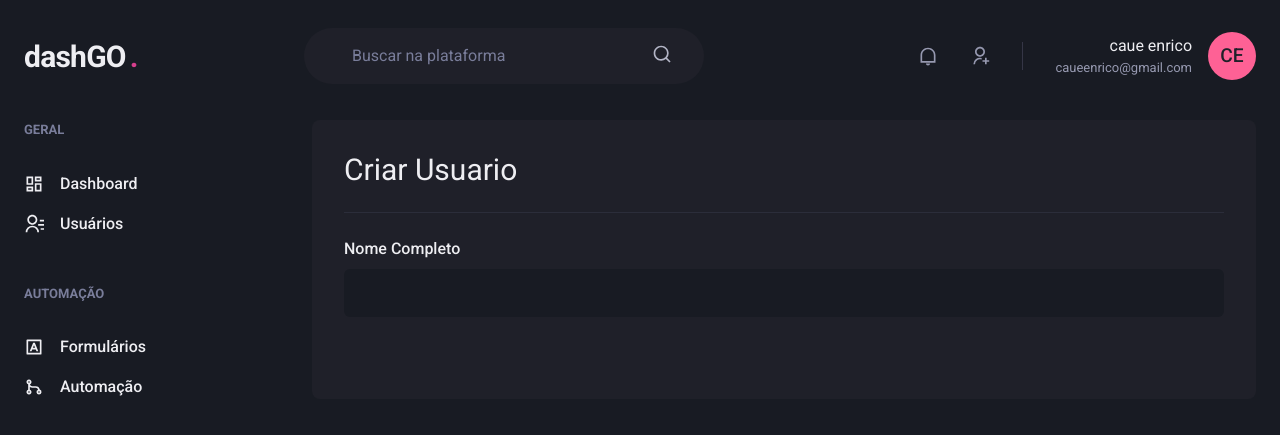
Repository: caueenrico/DashGO
Page: /user/create
An editor plug-in stored every save of this project. The page is shown before and after the next save, followed by the edit.
The browser window is 1280 px wide. The pictures show the whole page.
The project was rebuilt for these pictures with package versions that can differ from the ones it lists, and the page was loaded fresh each time. The framework's server and built-in components were replaced by stand-ins that run in the browser. Also part of the build but not shown: next.config.js.

Above is the page before, as saved 2023-03-16 16:32:14.

After the next save:
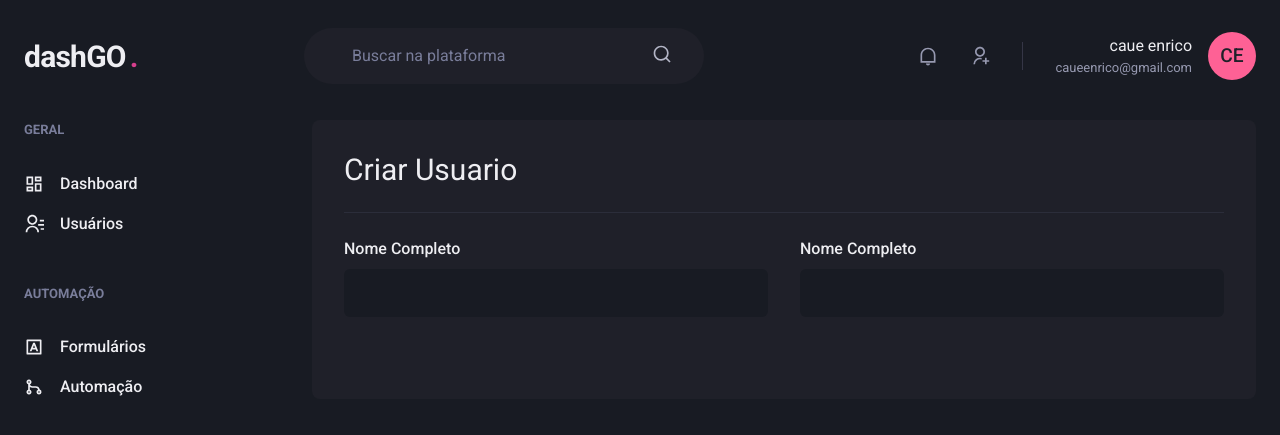
Saved 3 min 48 s later.
--- a/src/pages/user/create.tsx
+++ b/src/pages/user/create.tsx
@@ -20,6 +20,7 @@ export default function UserList() {
           <VStack spacing="8">
             <SimpleGrid minChildWidth="240px" spacing="8" w="100%">
               <Input name="name" label="Nome Completo" />
+              <Input name="name" label="Nome Completo" />
 
             </SimpleGrid>
           </VStack>
